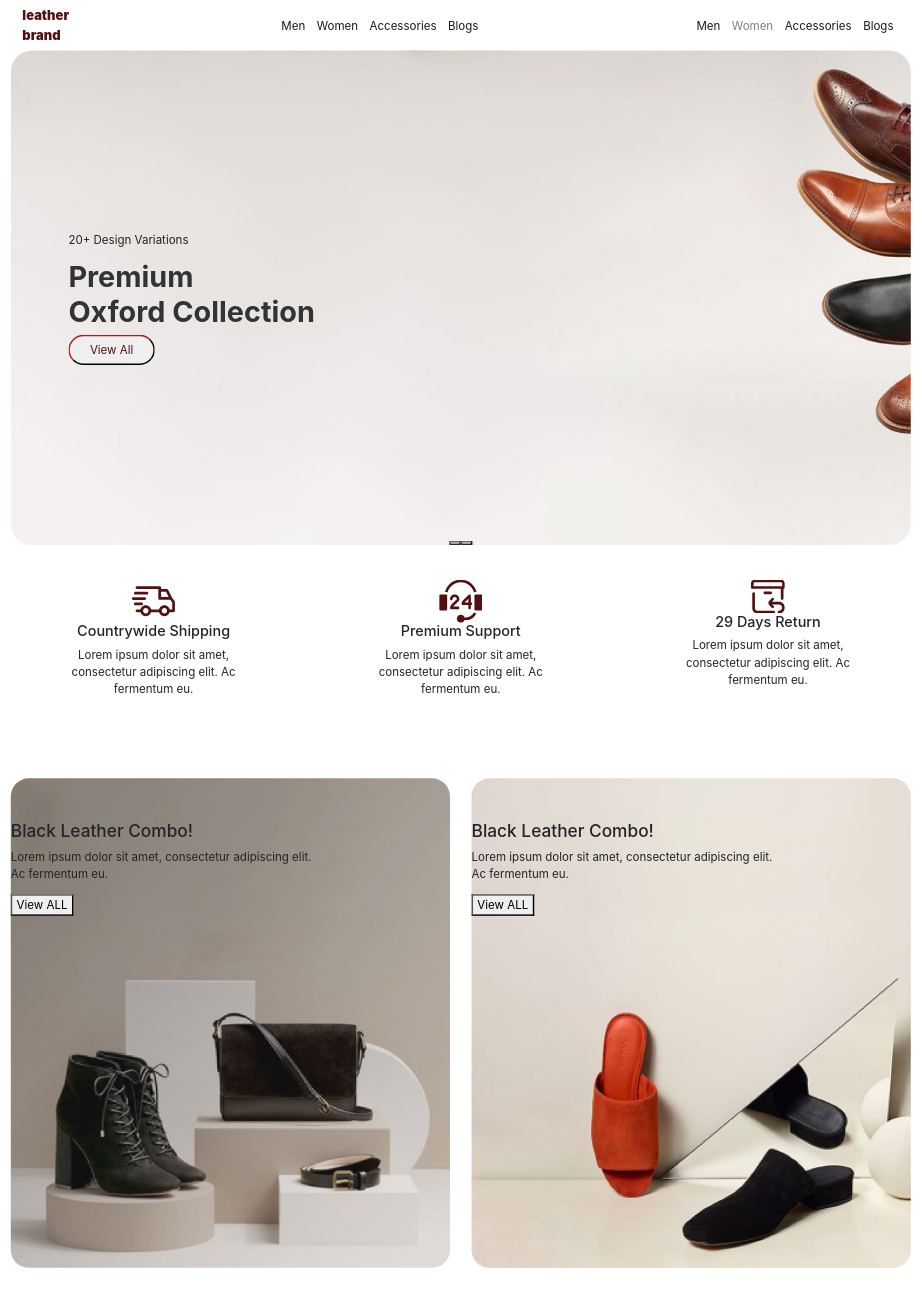
Repository: arif286/fashion-house
Page: /
An editor plug-in stored every save of this project. The page is shown before and after the next save, followed by the edit.
The browser window is 1280 px wide. The pictures show the whole page, at 72% of full size.
The project was rebuilt for these pictures with package versions that can differ from the ones it lists, and the page was loaded fresh each time. The framework's server and built-in components were replaced by stand-ins that run in the browser. Also part of the build but not shown: nuxt.config.js, components/Contact.vue, components/DisplayCollection.vue, components/Footer.vue, components/NuxtLogo.vue, components/Products.vue, components/Tutorial.vue.

Above is the page before, as saved 2021-07-12 05:24:42.

After the next save:
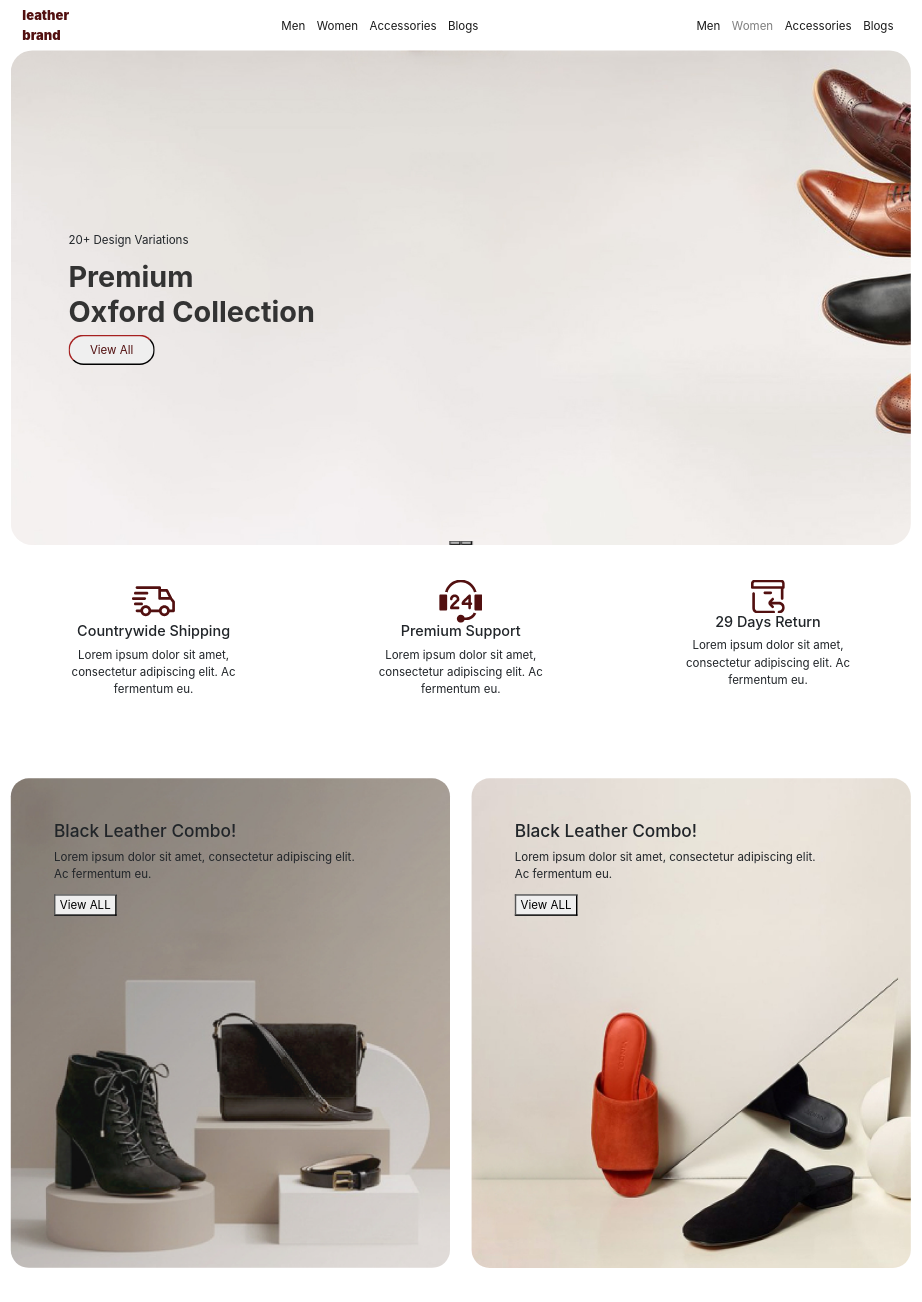
Saved 16 s later.
--- a/components/NewCollection.vue
+++ b/components/NewCollection.vue
@@ -41,7 +41,7 @@ export default {
   border-radius: 25px;
 }
 .card-body {
-  padding: 60px 60px 0px 0px;
+  padding: 60px 0px 0px 60px;
   width: 500px;
 }
 </style>
